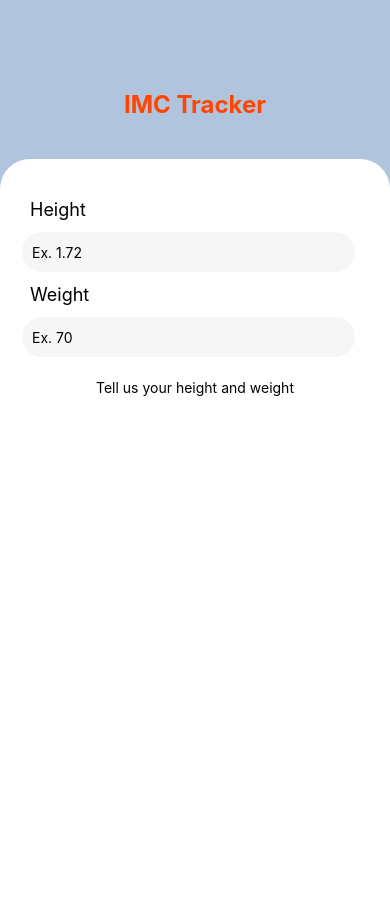
Repository: rubenmatias08/IMCTracker
Screen: /
These files come from the project's save history. The screen is drawn as it stood at one moment and after the next save; the edit follows.
The app was drawn by React Native's web renderer in a window 390 px wide. The project was rebuilt for these pictures with package versions that can differ from the ones it lists, and the page was loaded fresh each time.

Above is the screen before, as saved 2024-03-10 19:57:10.

After the next save:
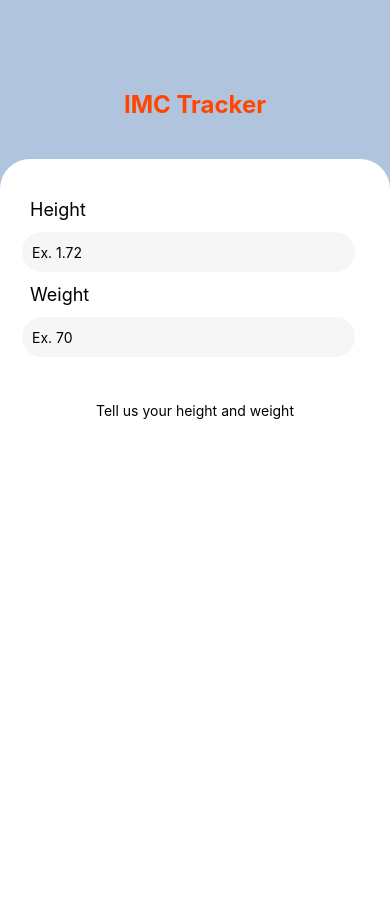
Saved 20 s later.
--- a/src/components/Form/index.js
+++ b/src/components/Form/index.js
@@ -56,6 +56,7 @@
                 />
 
                <TouchableOpacity style={styles.textbuttonCalculator} onPress={() => ValidationIMC()}>
+               TEXT
                </TouchableOpacity>
 
             </View>

After the save that followed:
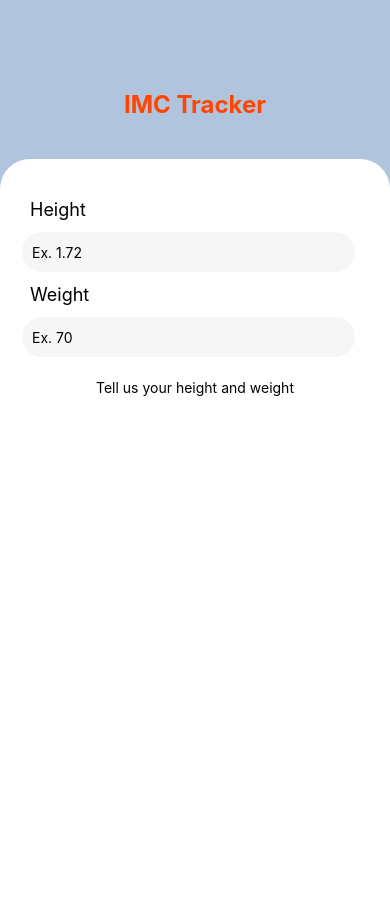
Saved 7 s later.
--- a/src/components/Form/index.js
+++ b/src/components/Form/index.js
@@ -56,7 +56,6 @@
                 />
 
                <TouchableOpacity style={styles.textbuttonCalculator} onPress={() => ValidationIMC()}>
-               TEXT
                </TouchableOpacity>
 
             </View>
